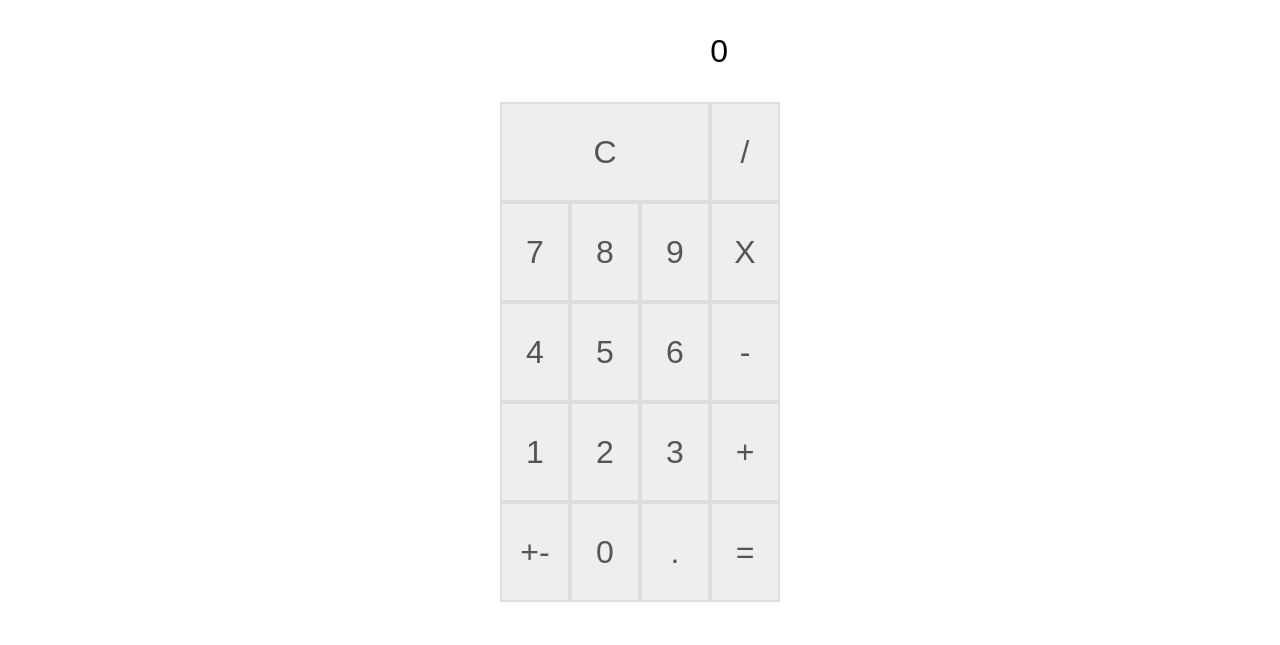
Repository: aaronmatei/react-calc
Page: /
These files come from the project's save history. The page is drawn as it stood at one moment and after the next save; the edit follows.
The browser window is 1280 px wide. The pictures show the whole page.
The project was rebuilt for these pictures with package versions that can differ from the ones it lists, and the page was loaded fresh each time.

Above is the page before, as saved 2019-12-13 11:06:58.

After the next save:
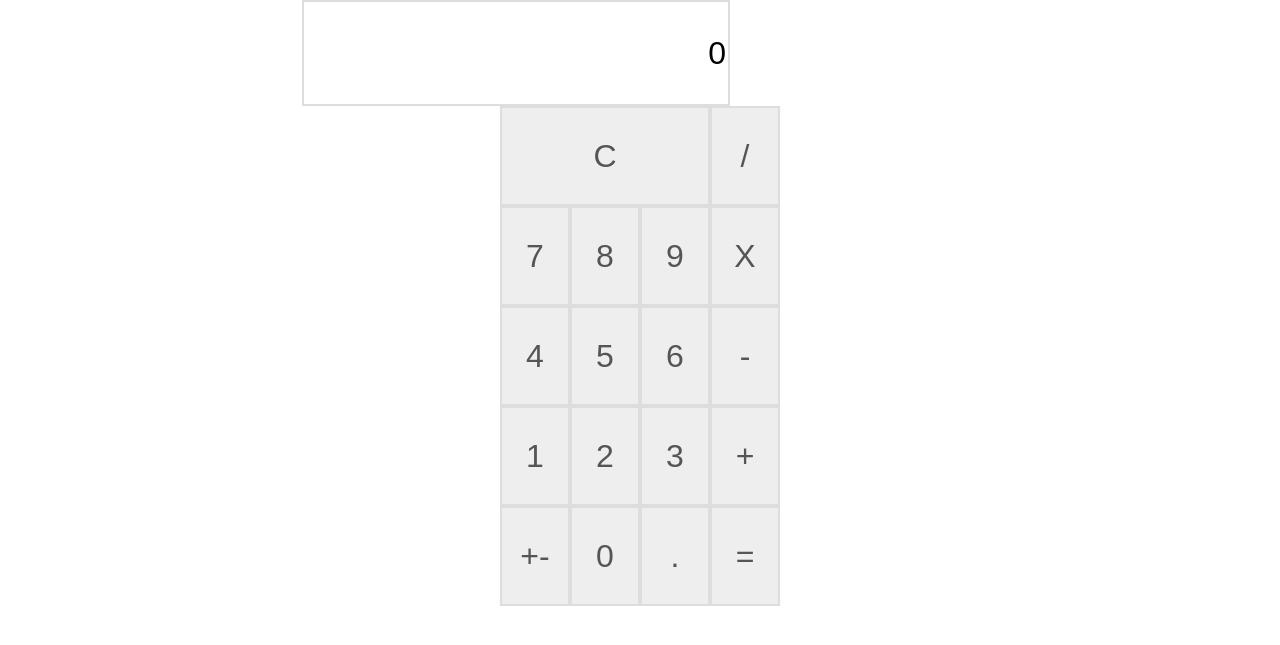
Saved 2 min 56 s later.
--- a/src/css/styles.css
+++ b/src/css/styles.css
@@ -22,7 +22,7 @@ button.calc-button {
 input.result {
 	height: 100px;
 	width: auto;
-	border: none;
+	border: 2px solid #ddd;
 	text-align: right;
 	font-size: 32px;
 	position: relative;
